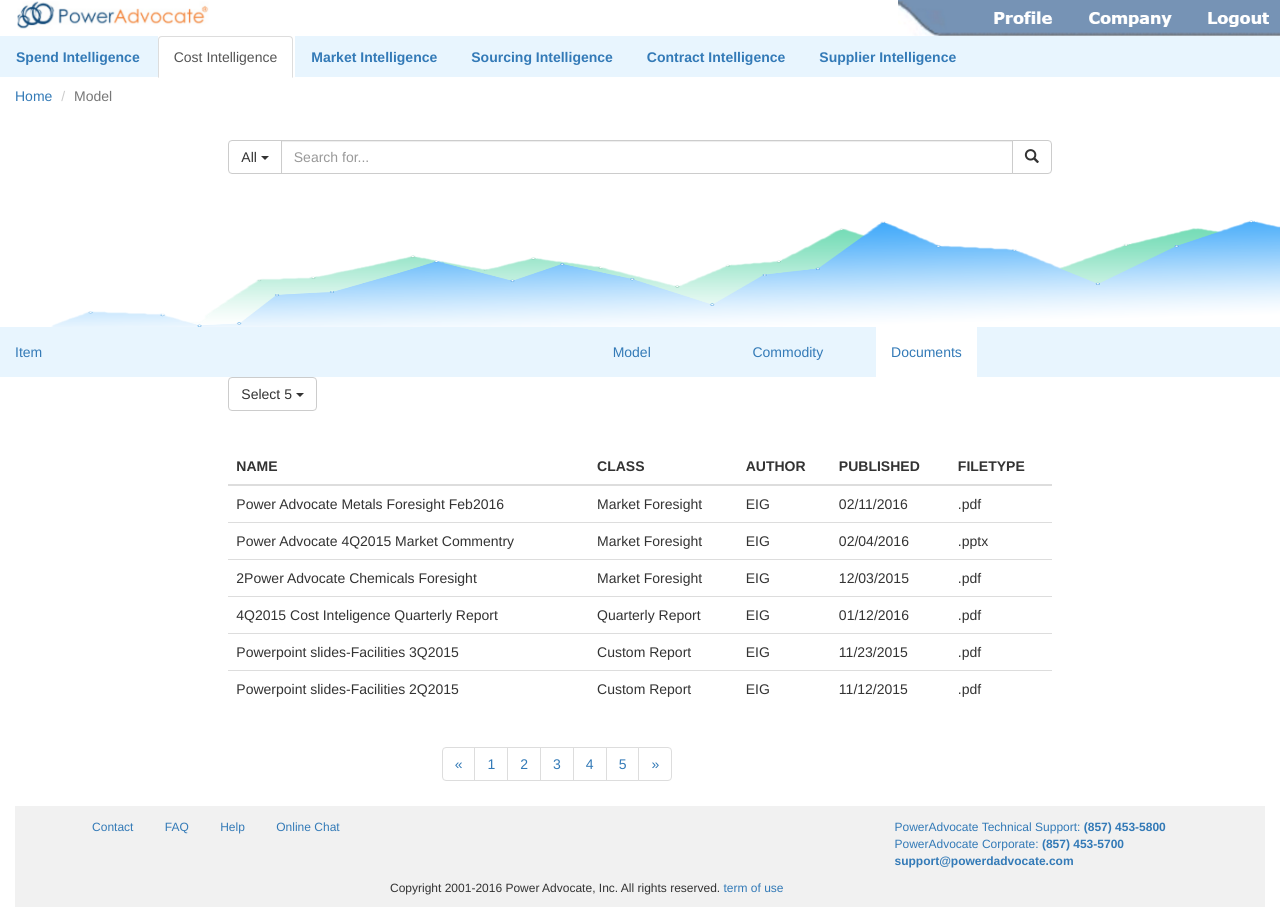
Repository: SamiraMansouri/PowerAdvocate-CostIntelligence-Application-new-Design-using-UserExperience-Method-
Page: http://localhost/PowerAdvocate/WEB-INF/views/Documents.jsp
The author's editor kept a copy of each file at every save. The page is drawn from the files as they stood at one save, then again after the next save.
The browser window is 1280 px wide. The pictures show the whole page.
The page is served by Tomcat 9. Nobody is signed in. The template is opened directly, without the code that normally fills it, so the values that code supplies are empty.

Above is the page before, as saved 2016-04-25 05:53:14.

After the next save:
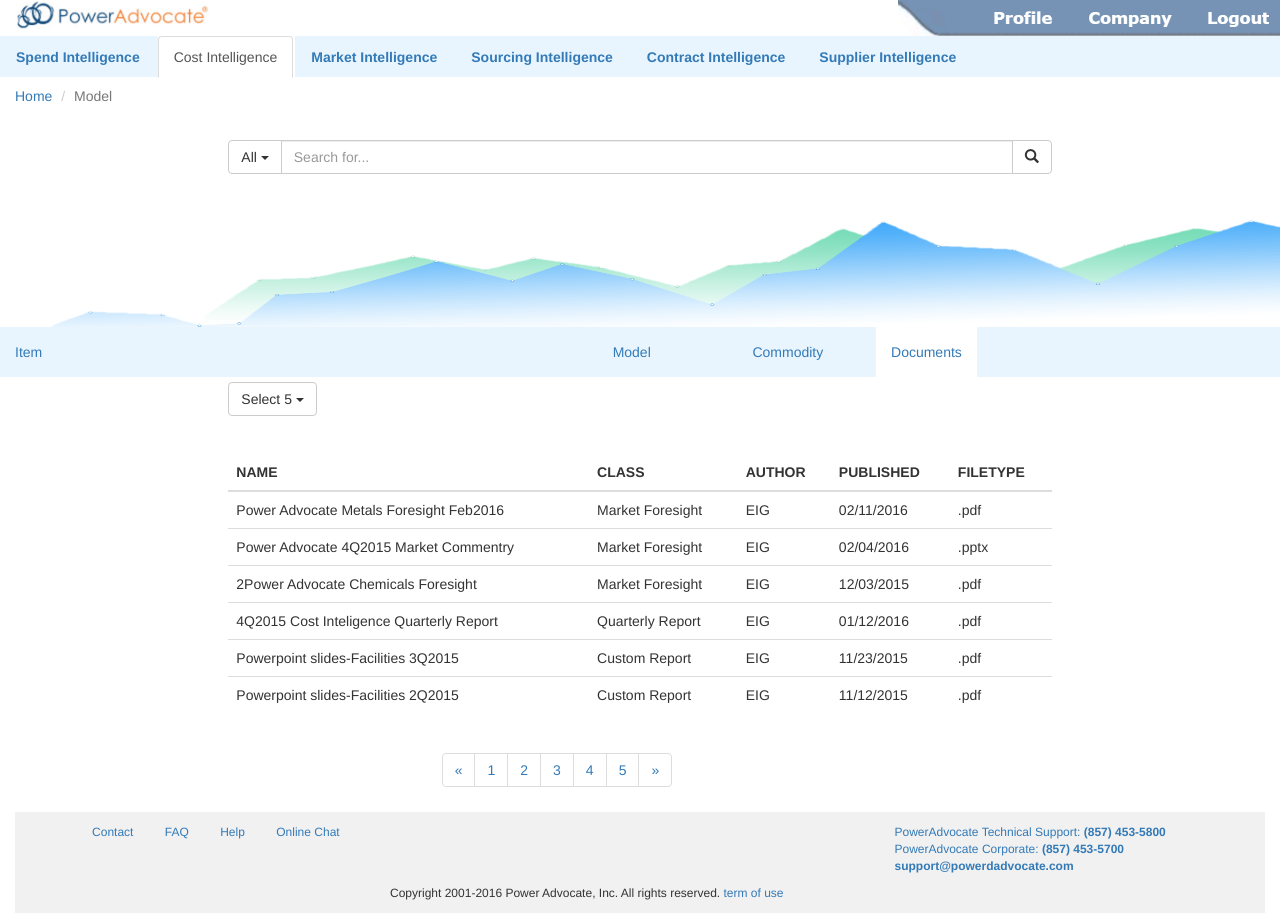
Saved 6 s later.
--- a/PowerAdvocate-Prototype/PowerAdvocate/src/main/webapp/WEB-INF/views/Documents.jsp
+++ b/PowerAdvocate-Prototype/PowerAdvocate/src/main/webapp/WEB-INF/views/Documents.jsp
@@ -223,7 +223,7 @@
 		 <div class="row " >
     	<div class="col-md-2"></div>
     	<div class="col-md-2">
-    		  <div class="dropdown pull-left" style="margin-right:3%;">
+    		  <div class="dropdown pull-left" style="margin-top:3%;">
   						<button class="btn btn-default dropdown-toggle" type="button" id="dropdownMenu2" data-toggle="dropdown" aria-haspopup="true" aria-expanded="false">
     							Select 5
     						<span class="caret"></span>
